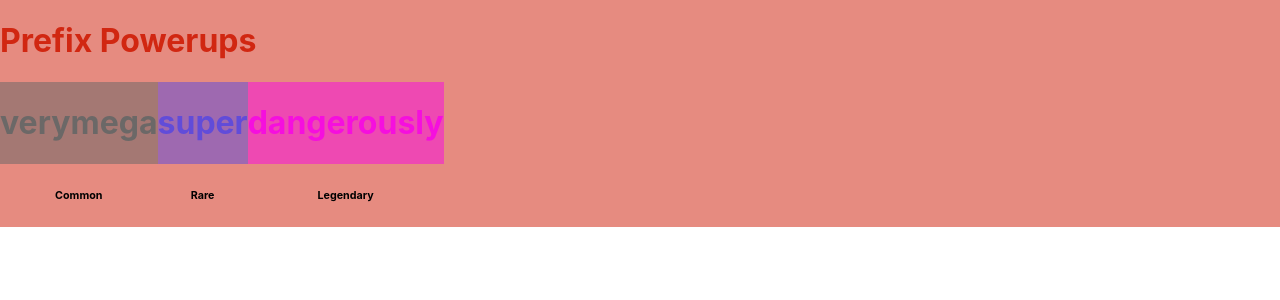
Repository: bsalgado98/buns-inator
Page: /
These files come from the project's save history. The page is drawn as it stood at one moment and after the next save; the edit follows.
The browser window is 1280 px wide. The pictures show the whole page.
The project was rebuilt for these pictures with package versions that can differ from the ones it lists, and the page was loaded fresh each time.

Above is the page before, as saved 2022-04-25 22:30:53.

### src/index.css
body {
    margin: 0;
    padding: 0;
    font-family: -apple-system, BlinkMacSystemFont, 'Segoe UI', 'Roboto', 'Oxygen',
        'Ubuntu', 'Cantarell', 'Fira Sans', 'Droid Sans', 'Helvetica Neue',
        sans-serif;
    -webkit-font-smoothing: antialiased;
    -moz-osx-font-smoothing: grayscale;
}

code {
    font-family: source-code-pro, Menlo, Monaco, Consolas, 'Courier New', monospace;
}

### src/App.js
import './App.css';
import WordBank from './components/WordBank/WordBank'

function App() {
    const wordList = {
        prefixPowerups: [
            {
                sectionTitle: "Common",
                words: ['very', 'mega'],
                color: "#6b6867"
            },
            {
                sectionTitle: "Rare",
                words: ['super'],
                color: "#614cd9"
            },
            {
                sectionTitle: "Legendary",
                words: ['dangerously'],
                color: "#f50fde"
            }
        ]
    }

    return (
        <div className="App">
            <WordBank bankTitle='Prefix Powerups' color="#d12711" wordCollection={wordList.prefixPowerups}/>
        </div>
    );
}

export default App;

### src/components/WordBank/WordBank.js
import createWordSection from "../../utility/wordSection"

const WordBank = ({ bankTitle = "N/A", color = "#000000", wordCollection = [] }) => {
    const styles = {
        container: {
            style: {
                backgroundColor: `${color}88`,
                display: 'flex',
                flexDirection: 'column'
            }
        },
        title: {
            style: {
                color: color
            },
            container: {
                style: {
                    display: 'flex',
                    width: '100%'
                }
            }
        },
        collectionArea: {
            style: {
                display: 'flex'
            },
            section: {
                style: {
                    display: 'flex'
                }
            }
        }
    }
    return (
        <div style={styles.container.style}>
            <div style={styles.title.container.style}>
                <h1 style={styles.title.style}>{bankTitle}</h1>
            </div>
            <div style={styles.collectionArea.style}>
                {wordCollection.map((section, i) => {
                    console.log(section.sectionTitle)
                    return (
                        <div key={`section-${i}`}>
                            <div style={styles.collectionArea.section.style}>
                                {createWordSection(section.words, section.color)}
                            </div>
                            <h6>{section.sectionTitle}</h6>
                        </div>
                    )
                })}
            </div>
        </div>
    )
}

export default WordBank

### src/utility/wordSection.js
import WordCard from "../components/WordCard/WordCard";

function createWordSection(words, wordColor) {
    return words.map((word, i) => <WordCard key={`word-${i}`} text={word} color={wordColor} />)
}

export default createWordSection

### src/components/WordCard/WordCard.js
const WordCard = ({ text = "N/A", color = "#000000" }) => {
    const styles = {
        container: {
            style: {
                background: `${color}88`,
                display: 'block'
            }
        },
        text: {
            style: {
                color: color
            }
        }
    }
    return (
        <div style={styles.container.style}>
            <h1 style={styles.text.style}>{text}</h1>
        </div>
    )
}

export default WordCard

Loaded but not shown: public/index.html (common file); src/index.js (common file); src/reportWebVitals.js (common file); src/App.css (common file)

After the next save:
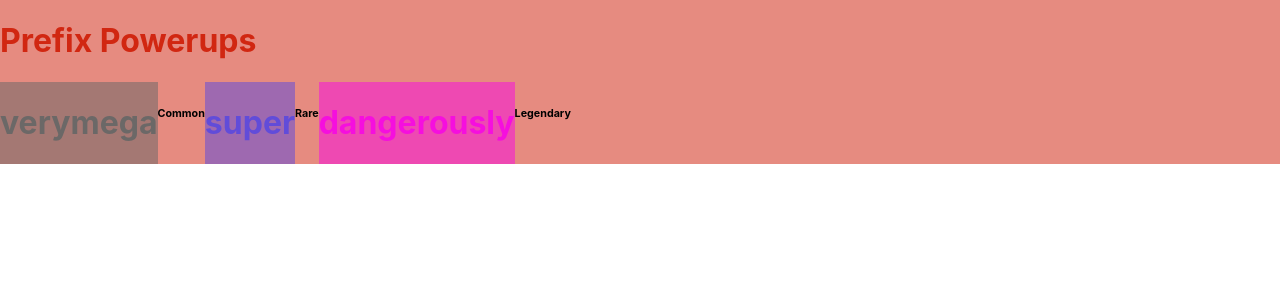
Saved 78 s later.
--- a/src/components/WordBank/WordBank.js
+++ b/src/components/WordBank/WordBank.js
@@ -27,6 +27,11 @@
             section: {
                 style: {
                     display: 'flex'
+                },
+                wordArea: {
+                    style: {
+                        display: 'flex'
+                    }
                 }
             }
         }
@@ -40,8 +45,8 @@
                 {wordCollection.map((section, i) => {
                     console.log(section.sectionTitle)
                     return (
-                        <div key={`section-${i}`}>
-                            <div style={styles.collectionArea.section.style}>
+                        <div key={`section-${i}`} style={styles.collectionArea.section.style}>
+                            <div style={styles.collectionArea.section.wordArea.style}>
                                 {createWordSection(section.words, section.color)}
                             </div>
                             <h6>{section.sectionTitle}</h6>

After the save that followed:
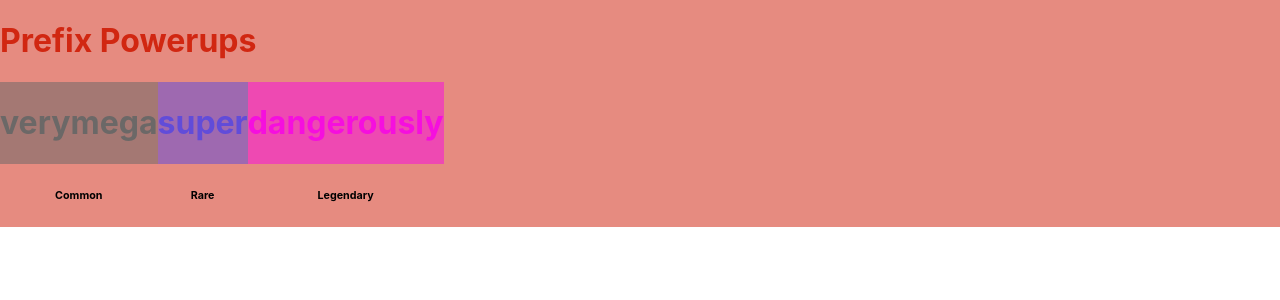
Saved 15 s later.
--- a/src/components/WordBank/WordBank.js
+++ b/src/components/WordBank/WordBank.js
@@ -26,7 +26,8 @@
             },
             section: {
                 style: {
-                    display: 'flex'
+                    display: 'flex',
+                    flexDirection: 'column'
                 },
                 wordArea: {
                     style: {
